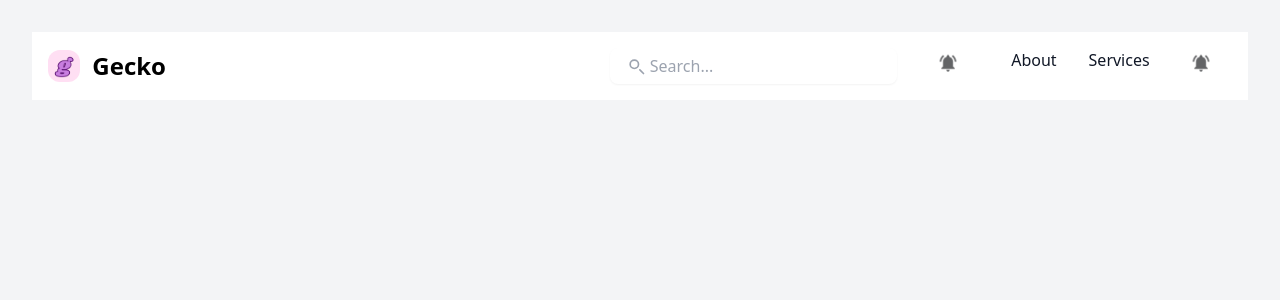
Repository: theamgri/thesis-website-nextjs
Page: website.html
These files come from the project's save history. The page is drawn as it stood at one moment and after the next save; the edit follows.
The browser window is 1280 px wide. The pictures show the whole page.

Above is the page before, as saved 2023-10-02 08:11:45.

After the next save:
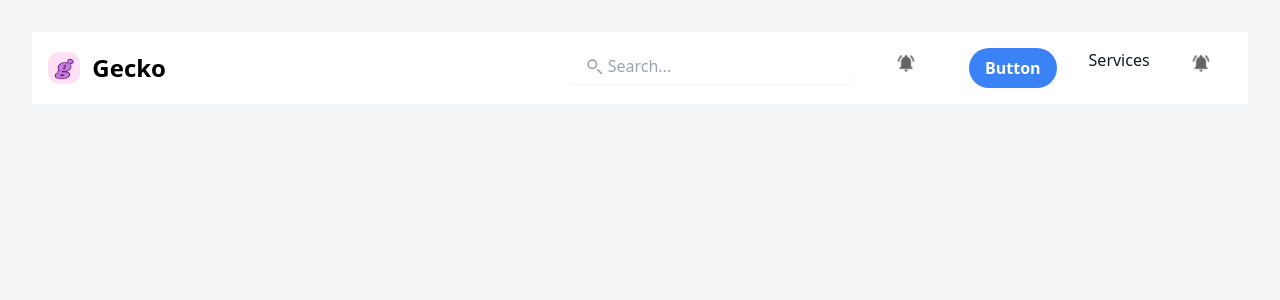
Saved 2 min 46 s later.
--- a/website.html
+++ b/website.html
@@ -60,7 +60,9 @@
               <img src="images/bellbutton.png" class="h-8 mr-3 rounded-xl" alt="Notification Bell" />
           </li>
           <li>
-            <a href="#" class="block py-2 pl-3 pr-4 text-gray-900 rounded hover:bg-gray-100 md:hover:bg-transparent md:border-0 md:hover:text-blue-700 md:p-0 dark:text-white md:dark:hover:text-blue-500 dark:hover:bg-gray-700 dark:hover:text-white md:dark:hover:bg-transparent">About</a>
+            <button class="bg-blue-500 hover:bg-blue-700 text-white font-bold py-2 px-4 rounded-full">
+              Button
+            </button>
           </li>
           <li>
             <a href="#" class="block py-2 pl-3 pr-4 text-gray-900 rounded hover:bg-gray-100 md:hover:bg-transparent md:border-0 md:hover:text-blue-700 md:p-0 dark:text-white md:dark:hover:text-blue-500 dark:hover:bg-gray-700 dark:hover:text-white md:dark:hover:bg-transparent">Services</a>
